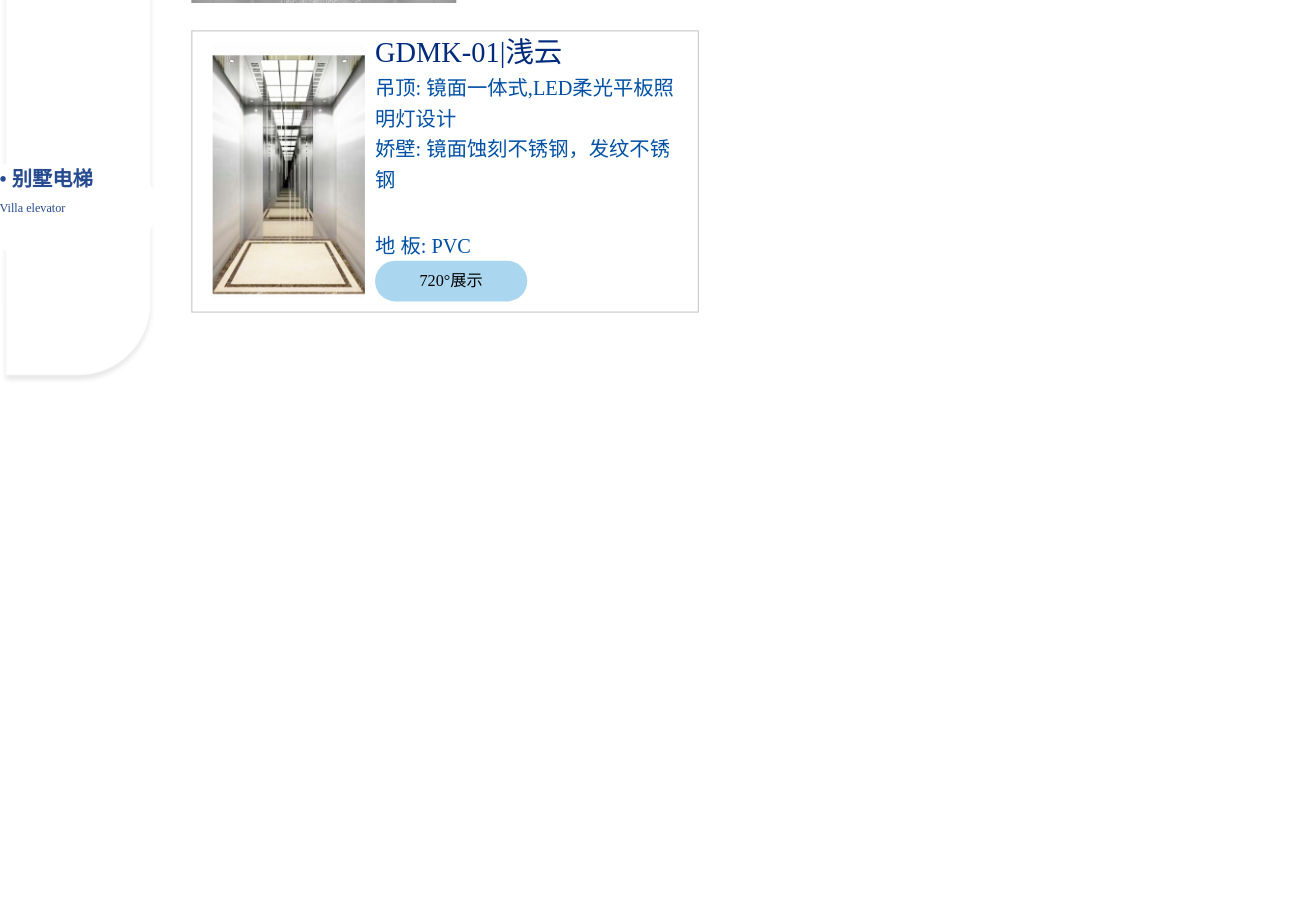
Repository: XIE-code/elevator-ipad
Page: /
These files come from the project's save history. The page is drawn as it stood at one moment and after the next save; the edit follows.
The browser window is 1280 px wide. The page is 1845 px wide, so the pictures cover 1845 px, including what lies to the right of the window. The pictures show the part of the page from y = 525 to 1845 px (the page is 1845 px tall), at 70% of full size.
The project was rebuilt for these pictures with package versions that can differ from the ones it lists, and the page was loaded fresh each time. Also part of the build but not shown: vue.config.js.

Above is the page before, as saved 2025-03-26 11:08:08.

### public/index.html
<!DOCTYPE html>
<html lang="">
    <head>
        <meta charset="utf-8" />
        <meta http-equiv="X-UA-Compatible" content="IE=edge" />
        <meta name="viewport" content="width=device-width,initial-scale=1" />
        <link rel="icon" href="<%= BASE_URL %>favicon.ico" />
        <title><%= htmlWebpackPlugin.options.title %></title>
    </head>
    <style>
        html {
            font-size: 16px; /* 默认字体大小 */
        }
    </style>
    <body>
        <noscript>
            <strong
                >We're sorry but <%= htmlWebpackPlugin.options.title %> doesn't
                work properly without JavaScript enabled. Please enable it to
                continue.</strong
            >
        </noscript>
        <div id="app"></div>
        <!-- built files will be auto injected -->
    </body>
</html>

### src/App.vue
<template>
    <router-view />
</template>

<style></style>

### src/router/index.js
import { createRouter, createWebHashHistory } from "vue-router";

const routes = [
    {
        path: "/",
        name: "home",
        component: () =>
            import(
                /* webpackChunkName: "about" */ "../views/product/ProductView.vue"
            ),
    },
    {
        path: "/about",
        name: "about",
        // route level code-splitting
        // this generates a separate chunk (about.[hash].js) for this route
        // which is lazy-loaded when the route is visited.
        component: () =>
            import(/* webpackChunkName: "about" */ "../views/AboutView.vue"),
    },
    {
        path: "/product/passenger",
        name: "product",
        // route level code-splitting
        // this generates a separate chunk (about.[hash].js) for this route
        // which is lazy-loaded when the route is visited.
        component: () =>
            import(
                /* webpackChunkName: "about" */ "../views/product/ProductView.vue"
            ),
    },
    {
        path: "/product/Villa",
        name: "product",
        // route level code-splitting
        // this generates a separate chunk (about.[hash].js) for this route
        // which is lazy-loaded when the route is visited.
        component: () =>
            import(
                /* webpackChunkName: "about" */ "../views/product/VillaElevator.vue"
            ),
    },
];

const router = createRouter({
    history: createWebHashHistory(),
    routes,
});

export default router;

### src/views/product/ProductView.vue
<template>
    <div class="web">
        <!-- 页面头部按钮 -->
        <div class="web-header">
            <!-- <div class="web-header-box">
                <div class="web-header-box1"></div>
                <div class="web-header-box2"></div>
            </div> -->
            <div class="web-header-awa"></div>
        </div>
        <!-- 页面主体 -->
        <div class="web-center">
            <!-- 左侧边导航栏 -->
            <div class="web-left">
                <div class="navigation" @click="gotPassenger">
                    <span class="text6">• 乘客电梯</span><br />
                    <span class="text7">passenger elevator</span>
                </div>
                <div class="navigation" @click="gotoVilla">
                    <span class="text6">• 别墅电梯</span><br />
                    <span class="text7">Villa elevator</span>
                </div>
            </div>
            <div class="web-text">
                <!-- 中心标题 -->
                <div class="center-title">
                    <span style="text-align: center">PRODUCT</span>
                    <span
                        >[&nbsp;&nbsp;&nbsp;&nbsp;&nbsp;佳登曼电梯&nbsp;|&nbsp;产品中心
                        &nbsp;&nbsp;&nbsp;&nbsp;&nbsp;]</span
                    >
                </div>
                <!-- 乘客电梯 -->
                <div class="web-passenger">
                    <div class="web-passenger-image"></div>
                    <div class="web-passenger-text">
                        <div class="web-passenger-text1">
                            <span class="chinese">乘客电梯</span
                            >&nbsp;&nbsp;&nbsp;
                            <span class="english"> passenger elevator</span>
                            <hr
                                style="
                                    border: 0.1875rem solid
                                        rgba(0, 43, 125, 0.85);
                                "
                            />
                            <span class="text3"
                                >主要是用于运送乘客的电梯，通常用于办公楼、宾馆等场合。它们注重安全性和舒适性，通常配有完善的安保系统和内部装饰</span
                            >
                        </div>
                    </div>
                </div>
                <!-- 乘客电梯产品 -->
                <div class="center-box" style="margin-top: 1.25rem">
                    <!-- 电梯1 -->
                    <div class="web-passenger-product">
                        <div class="web-passenger-product-box">
                            <div class="web-passenger-product-box-img">
                                <img
                                    src="@/assets/images/elevator_images/image01.png"
                                    alt=""
                                />
                            </div>
                            <div class="web-passenger-product-box-text">
                                <span class="text4">GDMK-01|浅云</span><br />
                                <span class="text5"
                                    >吊顶:&nbsp;镜面一体式,LED柔光平板照明灯设计<br />
                                    娇壁:&nbsp;镜面蚀刻不锈钢，发纹不锈钢</span
                                ><br />
                                <span class="text5">地 板:&nbsp;PVC</span>
                                <div
                                    class="web-passenger-product-box-text-bottom"
                                >
                                    <a
                                        href="http://my.3vfang.com/p/share/content.php?m=a3I4MDM5LWl0ZW09NTE2OTI="
                                        class="button-link"
                                        >720°展示</a
                                    >
                                </div>
                            </div>
                        </div>
                    </div>
                </div>
            </div>
        </div>
    </div>
</template>

<script setup>
import { useRouter } from "vue-router";
import { ref } from "vue";
const router = useRouter();

// 跳转到别墅电梯
const gotoVilla = () => {
    router.push("/product/Villa");
};

// 跳转到乘客电梯
const gotPassenger = () => {
    router.push("/");
};

// 动态渲染电梯数据
const elist = ref([
    {
        imgUrl: "/images/elevator_images/image1.png",
        name: "GDMK-21|朱樱",
        description:
            "吊顶: 玫瑰金镜面不锈钢，亚克力透光板，LED灯\n墙壁: 玫瑰金镜面不锈钢，亚克力透光板，LED灯\n地板: PVC (大理石可选)",
        link: "http://my.3vfang.com/p/share/content.php?m=a3I4MDM5LWl0ZW09NTIwNTc=",
    },
    {
        imgUrl: "/images/elevator_images/image2.png",
        name: "GDMK-20沉香",
        description:
            "吊顶:钢板喷砂纹白，古销镜围不锈钢，暗藏灯带，LED灯\n娇壁:古铜发纹蚀刻不锈钢，清镜，木纹贴膜PVC装饰框\n扶 手: 古铜发纹不锈钢，暗藏灯带 \n地 板:大理石+铜色",
        link: "http://my.3vfang.com/p/share/content.php?m=a3I4MDM5LWl0ZW09NTE1ODk=",
    },
]);
</script>

<style scoped>
/* 基础样式 */
body,
html {
    width: 100%;
    height: 100%;
    margin: 0;
    padding: 0;
    box-sizing: border-box;
}
/* 动态调整 html 的 font-size */
html {
    font-size: calc(0.625rem + 0.5vw); /* 动态调整字体大小 */
}
.web {
    width: 100%;
    height: 100%;
    min-width: auto; /* ✅ 移除最小宽度限制 */
    margin: 0 auto;
    box-sizing: border-box;
}
.web .web-header {
    height: 9.33vh;
    position: relative;
    width: 99vw;
    min-width: 46.875rem;
}
.web .web-header .web-header-box {
    width: 80px;
    height: 40px;
    background: whitesmoke;
    display: flex;
    flex-direction: row;
}
.web .web-header .web-header-awa {
    /* 小马 */
    width: 156px;
    height: 64px;
    top: 0;
    right: 0;
    position: absolute;
    background-image: url(@/assets/images/logo.png);
}

.web .web-header .web-header-box .web-header-box1 {
    /* 椭圆 1 */
    width: 35.2896px;
    height: 40px;
    left: 13px;
    right: 31.7104px;
    top: 17px;
    bottom: -17px;
    background: rgb(117, 171, 227);
    border-radius: 50%; /* 设置圆形 */
    text-align: center;
    background-image: url(@/assets/images/right.png);
    background-size: cover;
    background-repeat: no-repeat;
}
.web .web-header .web-header-box .web-header-box2 {
    /* 椭圆 2 */
    margin-left: 5px;
    width: 35.2896px;
    height: 40px;
    left: 13px;
    right: 31.7104px;
    top: 17px;
    bottom: -17px;
    box-shadow: 0px 4px 4px 0px rgba(0, 0, 0, 0.18);
    background: rgb(255, 255, 255);
    border-radius: 50%; /* 设置圆形 */
    text-align: center;
    background-image: url(@/assets/images/left.png);
    background-size: cover;
    background-repeat: no-repeat;
}

.web .web-text {
    width: 500px;
    height: 1200px;
    margin-left: 2.5rem;
}
.web .web-text .center-title {
    width: 200px;
    height: 100px;
    margin: auto;
    text-align: center;
    display: flex;
    flex-direction: column;
    white-space: nowrap;
    color: rgba(0, 43, 125, 0.76);
    font-family: 思源黑体;
    font-size: 1.5rem;
    font-weight: 700;
    line-height: 2.1875rem;
    letter-spacing: -0.1875rem;
    text-align: left;
}

.web .web-center {
    display: flex;
    flex-direction: row;
}
.web .web-center .web-left {
    width: 141px;
    height: 659px;
    border-bottom: 1px solid rgba(184, 183, 183, 0.09);
    border-left: 1px solid rgba(184, 183, 183, 0.09);
    border-right: 1px solid rgba(184, 183, 183, 0.09);
    border-radius: 120px 120px 120px 0px;
    box-shadow: 0px 4px 5px 0px rgba(0, 0, 0, 0.1);
    background: rgb(255, 255, 255);
    display: flex;
    flex-direction: column;
    justify-content: space-around; /* 两个盒子分布在两端 */
    align-items: center; /* 垂直居中子元素 */
}
.web .web-center .web-left .navigation {
    width: 155px;
    height: 85px;
    border-radius: 0px 50px 50px 0px;
    background: white;
    font-size: 20px;
    transition: background-color 0.3s; /* 添加背景颜色过渡效果 */
    cursor: pointer;
}

.web .web-center .web-left .navigation:nth-child(1) {
    background: rgb(170, 215, 239);
}

.web .web-center .web-text .web-passenger {
    width: 540px;
    height: 200px;
    display: flex;
    flex-direction: row;
}
.web .web-text .center-box {
    display: flex;
    flex-direction: column;
    gap: 30px;
}
.web .web-center .web-text .web-passenger .web-passenger-image {
    height: 173px;
    width: 250px;
    padding: 10px;
    background-image: url(@/assets/images/image1.png);
    background-size: cover;
    background-repeat: no-repeat;
}
.web .web-center .web-text .web-passenger .web-passenger-text {
    height: 173px;
    width: 290px;
    background-size: cover;
    background-repeat: no-repeat;
}
.web
    .web-center
    .web-text
    .web-passenger
    .web-passenger-text
    .web-passenger-text1 {
    width: 100%;
    height: 1.25rem;
}

.web .web-center .web-text .web-passenger-product {
    width: 100%;
    height: auto;
    display: flex;
    flex-direction: column;
    justify-content: center; /* 水平居中子元素 */
    align-items: center; /* 垂直居中子元素（可选） */
    box-sizing: border-box;
    border: 0.0625rem solid rgba(0, 0, 0, 0.24);
    background: rgb(255, 255, 255);
}
.web .web-center .web-text .web-passenger-product .web-passenger-product-box {
    width: 96%;
    height: 90%;
    display: flex;
    flex-direction: row;
    justify-content: space-around; /* 两个盒子分布在两端 */
    align-items: center; /* 垂直居中子元素 */
    box-sizing: border-box;
    box-sizing: border-box;
}
.web
    .web-center
    .web-text
    .web-passenger-product
    .web-passenger-product-box
    .web-passenger-product-box-img {
    width: 9.375rem;
    height: 15.625rem;
    background-size: cover;
    background-repeat: no-repeat;
    padding: 10px;
}
.web
    .web-center
    .web-text
    .web-passenger-product
    .web-passenger-product-box
    .web-passenger-product-box-img
    img {
    width: 100%;
    height: 100%;
    object-fit: cover;
}

.web
    .web-center
    .web-text
    .web-passenger-product
    .web-passenger-product-box
    .web-passenger-product-box-text {
    margin: auto;
    color: rgb(0, 80, 165);
    font-family: 思源黑体;
    font-size: 1.5rem;
    font-weight: 400;
    line-height: 2.1875rem;
    letter-spacing: 0rem;
    text-align: left;
    flex: 1; /* 文字部分占满剩余空间 */
}

.web
    .web-center
    .web-text
    .web-passenger-product
    .web-passenger-product-box
    .web-passenger-product-box-text
    .web-passenger-product-box-text-bottom {
    margin-top: bottom;
}
.button-link {
    display: inline-block;
    width: 100%;
    margin-bottom: 0.625rem;
    max-width: 9.375rem;
    height: 2.5rem;
    color: white;
    text-decoration: none;
    border-radius: 3.125rem;
    background: rgb(170, 215, 239);
    border: none;
    cursor: pointer;
    color: rgb(0, 0, 0);
    font-family: 思源黑体;
    font-size: 16px;
    font-weight: 400;
    line-height: 39px;
    letter-spacing: 0rem;
    text-align: center;
}
/* 字体 */
.chinese {
    color: rgba(0, 43, 125, 0.85);
    font-family: 思源黑体;
    font-size: 1.625rem;
    font-weight: 700;
    line-height: 2.375rem;
    letter-spacing: -0.1875rem;
    text-align: left;
}
.english {
    color: rgba(0, 43, 125, 0.85);
    font-family: 思源黑体;
    font-size: 0.875rem;
    font-weight: 400;
    line-height: 1.25rem;
    letter-spacing: 0rem;
    text-align: left;
}
.text3 {
    color: rgba(117, 171, 227, 0.87);
    font-family: 思源黑体;
    font-size: 1.125rem;
    font-weight: 700;
    line-height: 1.625rem;
    letter-spacing: 0rem;
    text-align: left;
}
.text4 {
    color: rgb(0, 43, 125);
    font-family: 思源黑体;
    font-size: 1.75rem;
    font-weight: 400;
    line-height: 2.5625rem;
    letter-spacing: 0rem;
    text-align: left;
}
.text5 {
    color: rgb(0, 80, 165);
    font-family: 思源黑体;
    font-size: 1.25rem;
    font-weight: 400;
    line-height: 2.1875rem;
    letter-spacing: 0rem;
    text-align: left;

    display: block; /* 让每个 span 变成独立块，自动换行 */
    white-space: pre-line; /* 兼容换行符 (\n) */
    word-wrap: break-word; /* 处理长单词换行 */
    line-height: 1.5; /* 调整行距 */
}
.text6 {
    color: rgba(0, 43, 125, 0.85);
    font-family: 思源黑体;
    font-size: 1.25rem;
    font-weight: 700;
    line-height: 1.8125rem;
    letter-spacing: 0rem;
    text-align: left;
}
.text7 {
    color: rgba(0, 43, 125, 0.85);
    font-family: 思源黑体;
    font-size: 0.75rem;
    font-weight: 400;
    line-height: 1.0625rem;
    letter-spacing: 0rem;
    text-align: left;
}
/* 添加高亮效果的样式 */
.navigation .active {
    transition: background-color 0.3s; /* 平滑过渡效果 */
    background: rgb(170, 215, 239);
}
/* 默认样式 */
.container {
    display: flex;
    flex-direction: column;
}

@media screen and (max-width: 480px) {
    .web {
        transform: scale(0.55);
        transform-origin: top left;
    }
}

@media screen and (max-width: 431px) {
    .web {
        transform: scale(0.5);
        transform-origin: top left;
    }
}

@media screen and (max-width: 23.5rem) {
    .web {
        transform: scale(0.45);
        transform-origin: top left;
    }
}
@media screen and (min-width: 1000px) {
    .web {
        transform: scale(1.45);
        transform-origin: top left;
    }
}
@media screen and (min-width: 1300px) {
    .web {
        transform: scale(1.85);
        transform-origin: top left;
    }
}
</style>

Loaded but not shown: src/main.js (common file); src/store/index.js (common file)

After the next save:
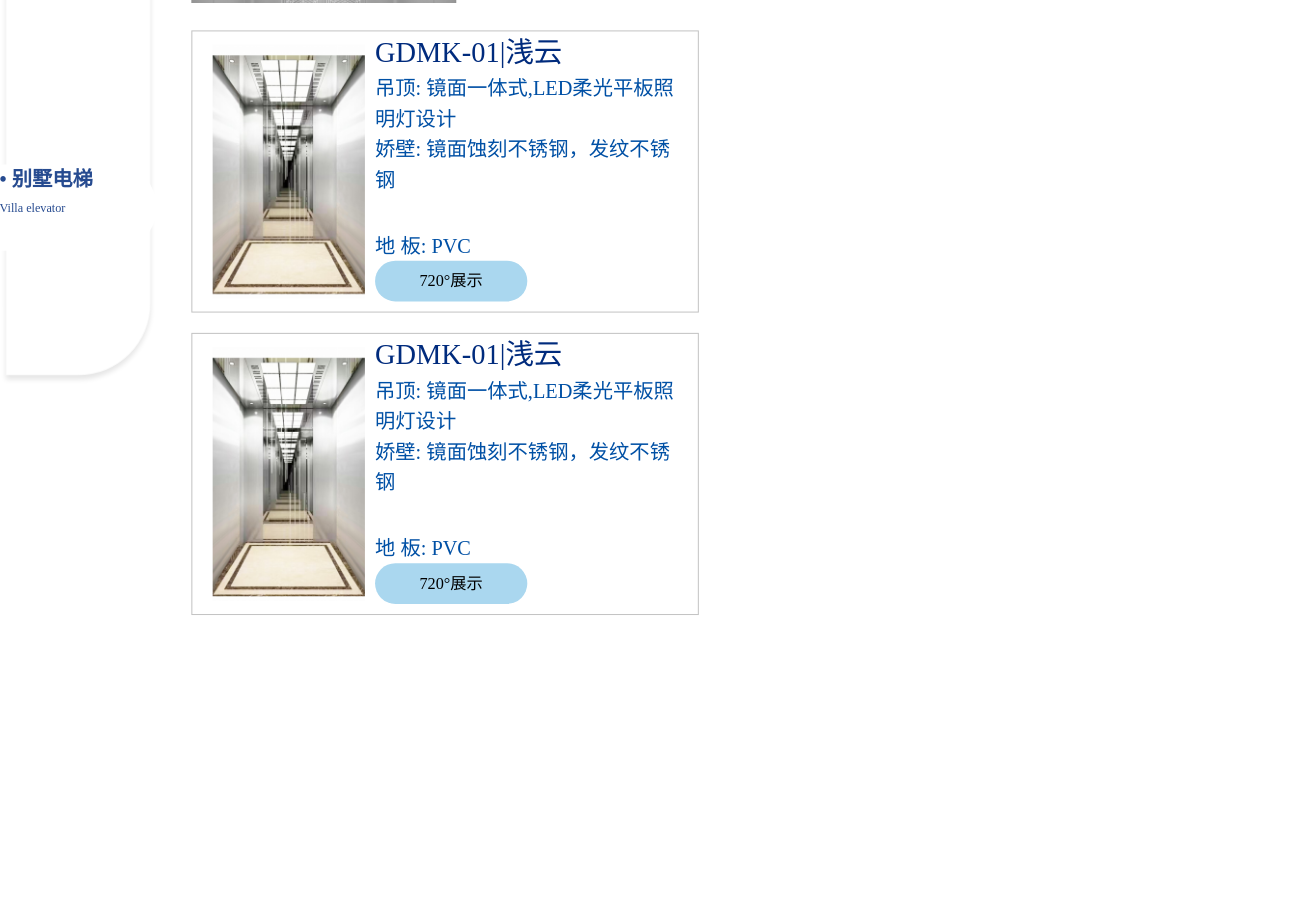
Saved 16 s later.
--- a/src/views/product/ProductView.vue
+++ b/src/views/product/ProductView.vue
@@ -51,7 +51,11 @@
                     </div>
                 </div>
                 <!-- 乘客电梯产品 -->
-                <div class="center-box" style="margin-top: 1.25rem">
+                <div
+                    class="center-box"
+                    style="margin-top: 1.25rem"
+                    v-for="item in elist"
+                >
                     <!-- 电梯1 -->
                     <div class="web-passenger-product">
                         <div class="web-passenger-product-box">

After the save that followed:
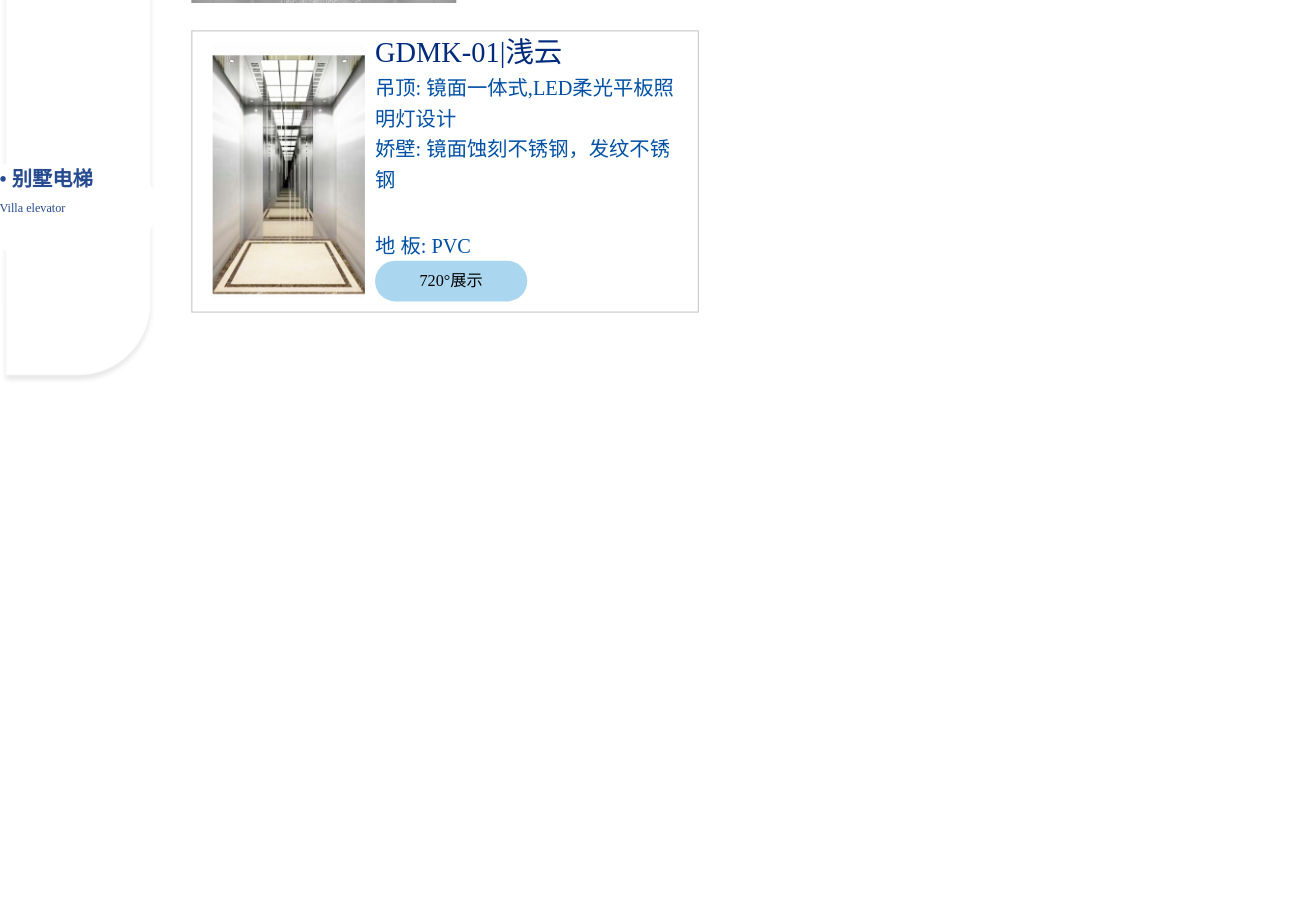
Saved 8 s later.
--- a/src/views/product/ProductView.vue
+++ b/src/views/product/ProductView.vue
@@ -51,11 +51,7 @@
                     </div>
                 </div>
                 <!-- 乘客电梯产品 -->
-                <div
-                    class="center-box"
-                    style="margin-top: 1.25rem"
-                    v-for="item in elist"
-                >
+                <div class="center-box" style="margin-top: 1.25rem">
                     <!-- 电梯1 -->
                     <div class="web-passenger-product">
                         <div class="web-passenger-product-box">
